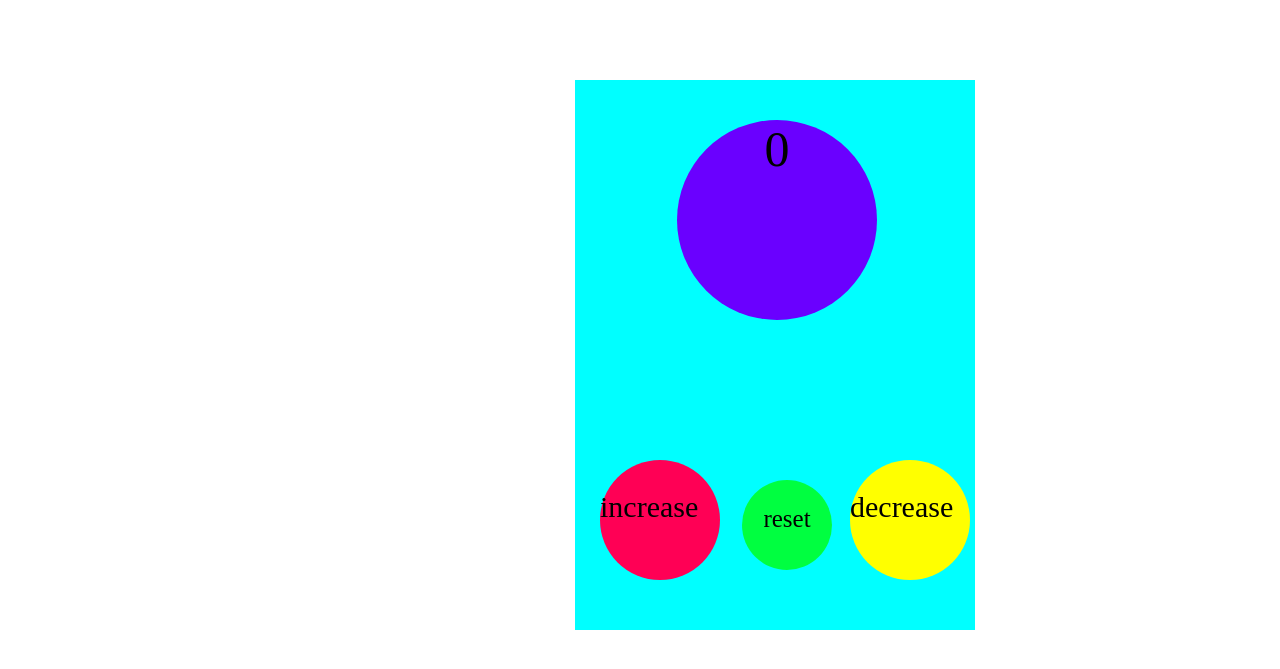
Repository: sara55m/Counter_App
Page: index.html
These files come from the project's save history. The page is drawn as it stood at one moment and after the next save; the edit follows.
The browser window is 1280 px wide. The pictures show the whole page.

Above is the page before, as saved 2024-07-30 03:46:45.

### index.html
<!DOCTYPE html>
<html lang="en">
<head>
    <meta charset="UTF-8">
    <meta name="viewport" content="width=device-width, initial-scale=1.0">
    <title>Document</title>
    <link rel="stylesheet" href="css/style.css">
</head>
<body>
    <div class="container">
        <div class="main" id="main"></div>
        <div class="increase" id="increase" onclick="increase()"><p class="first">increase</p></div>
        <div class="decrease" id="decrease" onclick="decrease()"><p class="second">decrease</p></div>
        <div class="reset" onclick="reset_1()"><p class="third">reset</p></div>
    </div>
    <script src="js/script.js"></script>
</body>
</html>

### css/style.css
.container{
    position: absolute;
    top:80px;
    left:575px;
    height:550px;
    width:400px;
    background-color: aqua;
}

.main{
    position:absolute;
    top:40px;
    left:102px;
    height:200px;
    width:200px;
    border-radius: 50%;
    background-color: rgb(106, 0, 255);
    text-align: center;
    font-size: 50px;
}

.increase{
    position:absolute;
    top:380px;
    left:25px;
    height:120px;
    width:120px;
    border-radius: 50%;
    background-color: rgb(255, 0, 85);
    text-align: center;
    font-size: 50px;
}
p.first,p.second{
    position:absolute;
    font-size: 30px;;
}

.decrease{
    position:absolute;
    top:380px;
    left:275px;
    height:120px;
    width:120px;
    border-radius: 50%;
    background-color:yellow;
    text-align: center;
    font-size: 50px;
}

.reset{
    position:absolute;
    top:400px;
    left:167px;
    height:90px;
    width:90px;
    border-radius: 50%;
    background-color: rgb(0, 255, 64);
    text-align: center;
    font-size: 50px;
}

p.third{
    font-size: 25px;;
}

### js/script.js
let count=0;
document.getElementById("main").innerHTML=count;
function increase(){
    count+=1;
    document.getElementById("main").innerHTML=count;
}


function decrease(){
    count-=1;
    document.getElementById("main").innerHTML=count;

}

function reset_1(){
    let count=0;
    let x=document.getElementById("main").innerHTML=count;

}

After the next save:
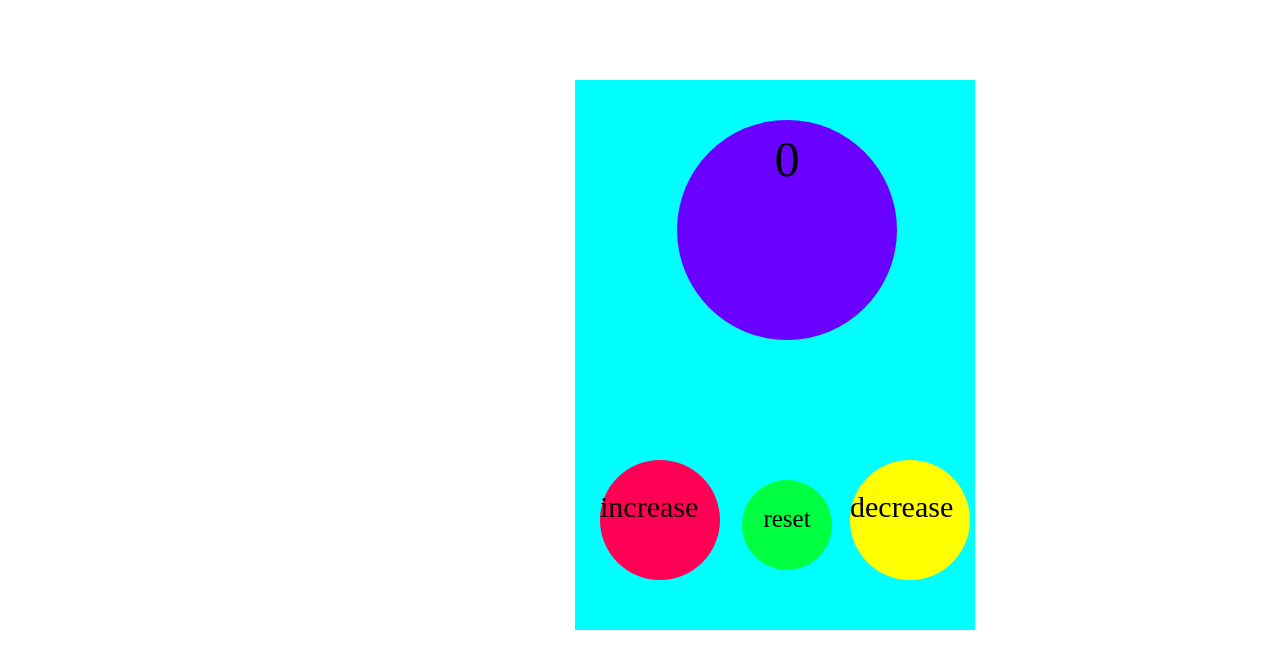
Saved 35 s later.
--- a/css/style.css
+++ b/css/style.css
@@ -17,6 +17,7 @@
     background-color: rgb(106, 0, 255);
     text-align: center;
     font-size: 50px;
+    padding:10px;
 }
 
 .increase{
